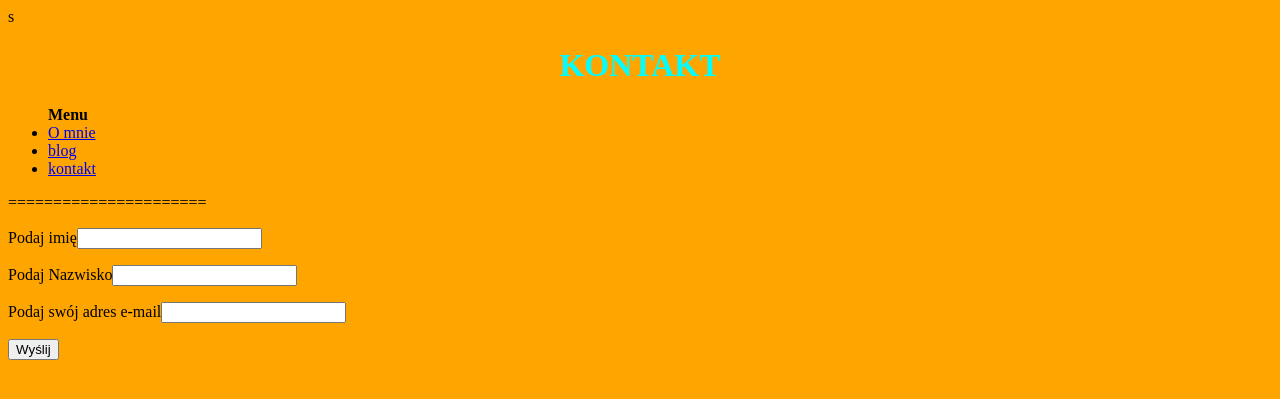
Repository: TomaszPrysak/spring_programy
Page: http://localhost/kontakt
The author's editor kept a copy of each file at every save. The page is drawn from the files as they stood at one save, then again after the next save.
The browser window is 1280 px wide. The pictures show the whole page.
The page is this project's Thymeleaf template; nobody is signed in. The template is opened directly, without the code that normally fills it, so the values that code supplies are empty.

Above is the page before, as saved 2017-08-28 14:23:39.

### Spring_Cwiczenie_S1_Jar/src/main/resources/templates/kontakt.html
<!DOCTYPE html>
<html xmlns:th="http://www.thymeleaf.org">

	<head>
		<meta http-equiv="Content-type" content="text/html; charset=utf-8"/>
		<link rel="stylesheet" href="style.css"/>
		<script type="text/javascript"></script>
	</head>



	<body>s
		<h1>KONTAKT</h1>

		<ul><b>Menu</b>
			<li><a href="javascript:alert('chcesz przejsc na about?')">O mnie</a></li>
  			<li><a href="/blog">blog</a></li>
  			<li><a href="#">kontakt</a></li>
		</ul>

		<p>======================</p>

		<form th:action="@{/success}" method="get">
			<p>Podaj imię<input type="text" th:field="${k.first}"/></p>
			<p>Podaj Nazwisko<input type="text" th:field="${k.last}"/></p>
			<p>Podaj swój adres e-mail<input type="email" th:field="${k.email}"/></p>
			<input type="submit" value="Wyślij"/>
		</form>
	</body>
</html>

### Spring_Cwiczenie_S1_Jar/src/main/resources/static/style.css
body	{
		background-color: orange;
}

h1{
	text-align: center;
	color: cyan;
}

After the next save:
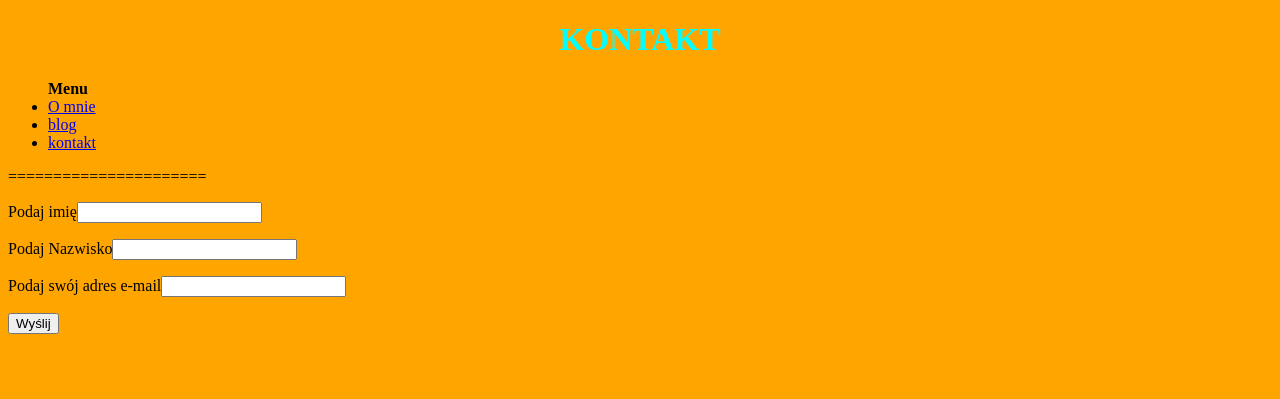
Saved 48 s later.
--- a/Spring_Cwiczenie_S1_Jar/src/main/resources/templates/kontakt.html
+++ b/Spring_Cwiczenie_S1_Jar/src/main/resources/templates/kontakt.html
@@ -9,7 +9,7 @@
 
 
 
-	<body>s
+	<body>
 		<h1>KONTAKT</h1>
 
 		<ul><b>Menu</b>
